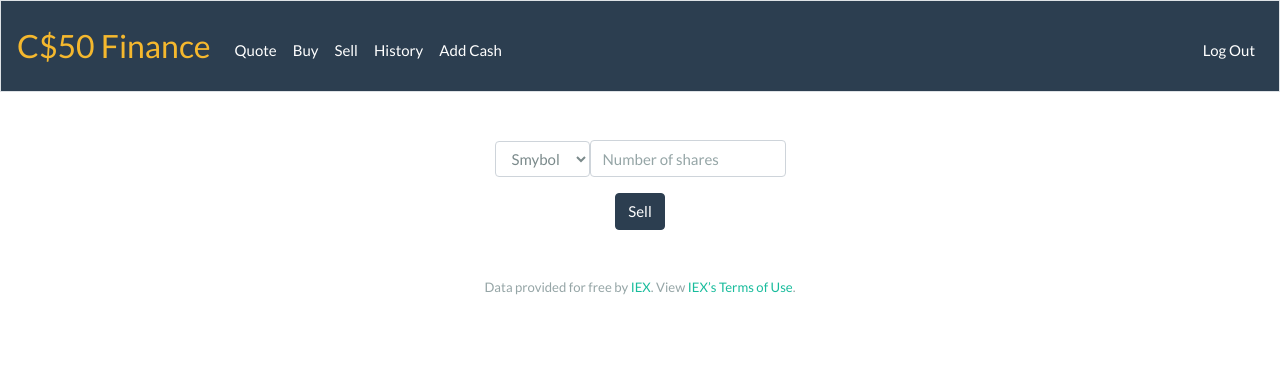
Repository: AllardQuek/CS50x
Page: http://localhost/sell
The author's editor kept a record of every edit. The page is drawn from the files as they stood at one moment, then again after the next edit.
The browser window is 1280 px wide. The pictures show the whole page.
Some web libraries are served in a nearby version. The page is served by the project's application, run on Flask 3 (finance/application.py). The session is filled in as if someone had signed in: {"user_id": 1, "logged_in": true}. The page reads the database file committed with the project.

Above is the page before.

### finance/templates/sell.html
{% extends "layout.html" %}

{% block title %}
    Sell
{% endblock %}

{% block main %}
    <form>
        <div class="form-group">
            <select class="form-control" name="symbol" required>
            <option disabled selected>Smybol</option>
            {# for symbol in purchases table #}

            {% for row in rows %}
            <option value=" {{ row['symbol'] }} "> {{ row["symbol"] }} </option>
            </select>
            {% endfor %}
        </div>


        <div class="form-group">
            <input class="form-control" name="shares" type="number" min="1" placeholder="Number of shares">
        </div>

        <button type="submit" class="btn btn-primary">Sell</button>
    </form>

{% endblock %}

### finance/templates/layout.html
<!DOCTYPE html>

<html lang="en">

    <head>

        <!-- Required meta tags -->
        <meta charset="utf-8">
        <meta name="viewport" content="width=device-width, initial-scale=1, shrink-to-fit=no">

        <!-- documentation at http://getbootstrap.com/docs/4.1/, alternative themes at https://bootswatch.com/
            <link href="https://maxcdn.bootstrapcdn.com/bootstrap/4.1.3/css/bootstrap.min.css" rel="stylesheet">
        -->

        <link href="https://stackpath.bootstrapcdn.com/bootswatch/4.2.1/flatly/bootstrap.min.css" rel="stylesheet" integrity="sha384-9dACWymWSkhCeCgbjV6xqS20Luu4ue6QnEvr+nMXpPMwIq/OB89AoRh27Flsrxzs" crossorigin="anonymous">

        <!-- https://favicon.io/emoji-favicons/money-mouth-face/ -->
        <link href="/static/favicon.ico" rel="icon">

        <link href="/static/styles.css" rel="stylesheet">

        <script src="https://code.jquery.com/jquery-3.3.1.min.js"></script>
        <script src="https://cdnjs.cloudflare.com/ajax/libs/popper.js/1.14.3/umd/popper.min.js"></script>
        <script src="https://maxcdn.bootstrapcdn.com/bootstrap/4.1.3/js/bootstrap.min.js"></script>

        <title>C$50 Finance: {% block title %}{% endblock %}</title>

    </head>

    <body>

        <nav class="navbar navbar-expand-md navbar-dark bg-primary border">
            <a class="navbar-brand" href="/"> <span class="yellow">C$50 Finance</span></a>
            <button aria-controls="navbar" aria-expanded="false" aria-label="Toggle navigation" class="navbar-toggler" data-target="#navbar" data-toggle="collapse" type="button">
                <span class="navbar-toggler-icon"></span>
            </button>
            <div class="collapse navbar-collapse" id="navbar">
                {% if session.user_id %}
                    <ul class="navbar-nav mr-auto mt-2">
                        <li class="nav-item"><a class="nav-link" href="/quote">Quote</a></li>
                        <li class="nav-item"><a class="nav-link" href="/buy">Buy</a></li>
                        <li class="nav-item"><a class="nav-link" href="/sell">Sell</a></li>
                        <li class="nav-item"><a class="nav-link" href="/history">History</a></li>
                        <li class="nav-item"><a class="nav-link" href="/add">Add Cash</a></li>
                    </ul>
                    <ul class="navbar-nav ml-auto mt-2">
                        <li class="nav-item"><a class="nav-link" href="/logout">Log Out</a></li>
                    </ul>
                {% else %}
                    <ul class="navbar-nav ml-auto mt-2">
                        <li class="nav-item"><a class="nav-link" href="/register">Register</a></li>
                        <li class="nav-item"><a class="nav-link" href="/login">Log In</a></li>
                    </ul>
                {% endif %}
            </div>
        </nav>

        {% if get_flashed_messages() %}
            <header>
                <div class="alert alert-success border text-center" role="alert">
                    {{ get_flashed_messages() | join(" ") }}
                </div>
            </header>
        {% endif %}

        <main class="container p-5">
            {% block main %}{% endblock %}
        </main>

        <footer class="small text-center text-muted">
            Data provided for free by <a href="https://iextrading.com/developer">IEX</a>. View <a href="https://iextrading.com/api-exhibit-a/">IEX’s Terms of Use</a>.
        </footer>

    </body>

</html>

### finance/application.py
import os

import datetime

from cs50 import SQL
from flask import Flask, flash, jsonify, redirect, render_template, request, session
from flask_session import Session
from tempfile import mkdtemp
from werkzeug.exceptions import default_exceptions, HTTPException, InternalServerError
from werkzeug.security import check_password_hash, generate_password_hash

from helpers import apology, login_required, lookup, usd

# Configure application
app = Flask(__name__)

# Ensure templates are auto-reloaded
app.config["TEMPLATES_AUTO_RELOAD"] = True

# Ensure responses aren't cached: https://www.codebyamir.com/blog/a-web-developers-guide-to-browser-caching
# All browsers attempt to keep local copies of static assets in an effort to reduce page load times and minimize network traffic. e.g JS, CSS
@app.after_request
def after_request(response):
    response.headers["Cache-Control"] = "no-cache, no-store, must-revalidate"
    response.headers["Expires"] = 0
    response.headers["Pragma"] = "no-cache"
    return response


# Custom filter
app.jinja_env.filters["usd"] = usd

# Configure session to use filesystem (instead of signed cookies)
app.config["SESSION_FILE_DIR"] = mkdtemp()
app.config["SESSION_PERMANENT"] = False
app.config["SESSION_TYPE"] = "filesystem"
Session(app)

# Configure CS50 Library to use SQLite database
db = SQL("sqlite:///finance.db")


@app.route("/")
@login_required
def index():
    """Show portfolio of stocks"""

    # get 1 row of each symbol, since there may be many of the same symbol in purachase table
    # get values for SYMBOL and SHARES
    try:
        rows = db.execute("SELECT symbol, SUM(shares) FROM purchases WHERE userID = :id GROUP BY symbol", id=session['user_id'])
        # print(rows)

        # get values for PRICE and TOTAL and GRANDTOTAL
        grandtotal = 0

        for row in rows:

            price = lookup(row["symbol"])["price"]
            total = price * int(row["SUM(shares)"])
            row["price"] = usd(price)
            row["total"] = usd(total)
            # maybe use round(number, ndigits) to round off to 2 decimal places ??
            # add these new key-value pairs to the dictionary row; it is easier to render the values by just passing in 1 variable called 'rows' into index.html,
            # rather than passing in 'rows', 'prices' and 'totals' as it complicates the for loop in index.html

            grandtotal = grandtotal + total

        # get value for CASH
        cashrow = db.execute("SELECT cash FROM users WHERE id = :id", id=session['user_id'])
        cash = cashrow[0]["cash"]

        grandtotal = grandtotal + cash
        # PLEASE use usd() to format ALL values displayed! check50 checks this
        return render_template("index.html", rows=rows, cash=usd(cash), grandtotal=usd(grandtotal))

    except:
        return apology("Oops, something went wrong", 400)


@app.route("/buy", methods=["GET", "POST"])
@login_required
def buy():
    """Buy shares of stock"""
    if request.method == "GET":
        return render_template("buy.html")

    elif request.method == "POST":

        # handle user's input, check50 tests for SERVER-side validification
        # use lookup() because I want to check if that symbol exists, there will be no such symbol if no result is returned form lookup()

        if not lookup(request.form.get("symbol")) or not request.form.get("shares"):
            return apology("Please fill in the blanks", 400)

        # this try solves the error: ValueError: invalid literal for int() with base 10: '1.5'
        try:
            shares = int(request.form.get("shares"))
        except:
            return apology("Invalid number of shares", 400)

        if int(request.form.get("shares")) <= 0 or not request.form.get("shares").isdigit():
            return apology("Invalid number of shares", 400)

        symbol = request.form.get("symbol")

        # lookup price
        result = lookup(symbol)
        # check if user has enough cash
        usercash = db.execute("SELECT cash FROM users WHERE id = :id", id=session['user_id'])
        # usd() changes type from float to str
        topay = shares * result["price"]
        if topay > usercash[0]["cash"]:
            return apology("Sorry, you have insufficient cash", 400)

        # SQL tables: numeric precision refers to the maximum number of digits in the number, scale refers to max no. of decimal places
        # deduct shares*price from user's cash, update users table
        db.execute("UPDATE users SET cash = cash - :topay WHERE id = :id", topay=topay, id=session['user_id'])

        # insert row into purchase table WHO bought WHAT at what PRICE and WHEN
        db.execute("INSERT INTO purchases (symbol, shares, price, total, datetime, userID) VALUES (:symbol, :shares, :price, :total, :datetime, :userID)",
                   symbol=result["symbol"], shares=shares, price=result["price"], total=topay, datetime=datetime.datetime.now(), userID=session["user_id"])
        # flash a message to user
        flash("Successfully bought!")
        return redirect("/")


@app.route("/check", methods=["GET"])
def check():
    """Return true if username available, else false, in JSON format"""
    username = request.args.get("username")
    rows = db.execute("SELECT username FROM users WHERE username = :username", username=username)

    if len(rows) > 0 or len(username) < 1:
        return jsonify(False)
    else:
        return jsonify(True)

    #  Code included inside $( document ).ready() will only run once the page Document Object Model (DOM) is ready for JavaScript code to execute


@app.route("/history")
@login_required
def history():
    """Show history of transactions"""
    try:
        rows = db.execute("SELECT * FROM purchases WHERE userID= :id ORDER BY datetime", id=session['user_id'])
        return render_template("history.html", rows=rows)

    except:
        return apology("Oh no, something broke")


@app.route("/login", methods=["GET", "POST"])
def login():
    """Log user in"""

    # Forget any user_id
    session.clear()

    # User reached route via POST (as by submitting a form via POST)
    if request.method == "POST":

        # Ensure username was submitted
        if not request.form.get("username"):
            return apology("must provide username", 403)

        # Ensure password was submitted
        elif not request.form.get("password"):
            return apology("must provide password", 403)

        # Query database for username
        rows = db.execute("SELECT * FROM users WHERE username = :username",
                          username=request.form.get("username"))

        # Ensure username exists and password is correct
        if len(rows) != 1 or not check_password_hash(rows[0]["hash"], request.form.get("password")):
            return apology("invalid username and/or password", 403)

        # Remember which user has logged in
        session["user_id"] = rows[0]["id"]

        # Redirect user to home page
        return redirect("/")

    # User reached route via GET (as by clicking a link or via redirect)
    else:
        return render_template("login.html")


@app.route("/logout")
def logout():
    """Log user out"""

    # Forget any user_id
    session.clear()

    # Redirect user to login form
    return redirect("/")


@app.route("/quote", methods=["GET", "POST"])
@login_required
def quote():
    """Get stock quote."""

    if request.method == "GET":
        return render_template("quote.html")

    elif request.method == "POST":
        # lookup symbol's correspinding price using API, then plug it into quoted template
        # lookup ( request.form ... ) and then p.["price"] should return you the action's price.
        result = lookup(request.form.get("symbol"))
        # in case lookup failed to return desired result, handle this error
        if result == None:
            return apology("Unable to quote", 400)
        return render_template("quoted.html", name=result["name"], symbol=result["symbol"], price=usd(result["price"]))


@app.route("/register", methods=["GET", "POST"])
def register():
    """Register user"""
    if request.method == "GET":
        return render_template("register.html")

    elif request.method == "POST":

        # validate submitted info, check if username is taken by trying to insert new user into users table
        # request.form.get() returns datatype STRING !
        if not request.form.get("username") or not request.form.get("password") or not request.form.get("confirmation"):
            return apology("Missing username/password!", 400)
        elif request.form.get("password") != request.form.get("confirmation"):
            return apology("Passwords do not match!", 400)

        # generate hash of user's password
        hash = generate_password_hash(request.form.get("password"))
        # insert user's data into users table
        result = db.execute("INSERT INTO users (username, hash) VALUES (:username, :hash)",
                            username=request.form.get("username"), hash=hash)
        if not result:
            return apology("Username taken!")

        # db.execute("INSERT INTO users (username, hash) VALUES (:username, :hash),
        # {"username": username, "hash": hash})

        # do user a favour, log him in by storing their id in session.get("user_id") ???
        user_id = db.execute("SELECT id FROM users WHERE username = :username", username=request.form.get("username"))
        session['user_id'] = user_id[0]["id"]
        # OR session['user_id'] = (db.execute("SELECT id FROM users WHERE username = :username", username = request.form.get("username")))[0]["id"]
        return redirect("/")
        # e.g. [{id: 1}, {id: 2}, {id: 3}] , OR use session["logged_in"] = True


@app.route("/sell", methods=["GET", "POST"])
@login_required
def sell():
    """Sell shares of stock"""
    if request.method == "GET":
        rows = db.execute("SELECT symbol FROM purchases WHERE userID = :id GROUP BY symbol", id=session['user_id'])
        # print (rows)
        return render_template("sell.html", rows=rows)

    elif request.method == "POST":

        # validate user input MUST come first!
        if not request.form.get("symbol") or not request.form.get("shares"):
            return apology("Sorry, what do you want to sell?", 400)

        symbol = request.form.get("symbol")
        shares = int(request.form.get("shares"))
        price = lookup(symbol)["price"]

        # if not enough shares to sell, shares not a postive integer
        rows = db.execute("SELECT symbol, SUM(shares) from purchases WHERE userID= :id and symbol = :symbol GROUP BY symbol",
                          id=session['user_id'], symbol=symbol)
        if shares > rows[0]["SUM(shares)"]:
            return apology("Invalid number of shares", 400)

        # update cash in users, insert new transaction in purchases table
        total = price * shares
        db.execute("UPDATE users SET cash = cash + :total WHERE id = :id", total=total, id=session['user_id'])
        db.execute("INSERT INTO purchases(userID, symbol, shares, price, total, datetime) VALUES(:id, :symbol, :shares, :price, :total, :datetime)",
                   id=session['user_id'], symbol=symbol, shares=-shares, price=price, total=-total, datetime=datetime.datetime.now())
        flash("Sold!")
        return redirect("/")


@app.route("/add", methods=["GET", "POST"])
@login_required
def add():

    if request.method == "GET":
        rows = db.execute("SELECT cash FROM users WHERE id= :id", id=session['user_id'])
        cash = rows[0]["cash"]
        return render_template("add.html", cash=cash)

    else:
        if not request.form.get("add"):
            return apology("Please add a valid amount of cash", 400)

        db.execute("UPDATE users SET cash = cash + :add WHERE id= :id", id=session['user_id'], add=float(request.form.get("add")))
        rows = db.execute("SELECT cash FROM users WHERE id= :id", id=session['user_id'])
        cash = rows[0]["cash"]

        return render_template("add.html", cash=usd(cash))


def errorhandler(e):
    """Handle error"""
    if not isinstance(e, HTTPException):
        e = InternalServerError()
    return apology(e.name, e.code)


# Listen for errors
for code in default_exceptions:
    app.errorhandler(code)(errorhandler)

### finance/helpers.py
import requests
import urllib.parse

from flask import redirect, render_template, request, session
from functools import wraps


def apology(message, code=400):
    """Render message as an apology to user."""
    def escape(s):
        """
        Escape special characters.

        https://github.com/jacebrowning/memegen#special-characters
        """
        for old, new in [("-", "--"), (" ", "-"), ("_", "__"), ("?", "~q"),
                         ("%", "~p"), ("#", "~h"), ("/", "~s"), ("\"", "''")]:
            s = s.replace(old, new)
        return s
    return render_template("apology.html", top=code, bottom=escape(message)), code


def login_required(f):
    """
    Decorate routes to require login.

    http://flask.pocoo.org/docs/1.0/patterns/viewdecorators/
    """
    @wraps(f)
    def decorated_function(*args, **kwargs):
        if session.get("user_id") is None:
            return redirect("/login")
        return f(*args, **kwargs)
    return decorated_function


def lookup(symbol):
    """Look up quote for symbol."""

    # Contact API
    try:
        response = requests.get(f"https://api.iextrading.com/1.0/stock/{urllib.parse.quote_plus(symbol)}/quote")
        response.raise_for_status()
    except requests.RequestException:
        return None

    # Parse response
    try:
        quote = response.json()
        # return a dictionary with 3 keys
        return {
            "name": quote["companyName"],
            "price": float(quote["latestPrice"]),
            "symbol": quote["symbol"]
        }
    except (KeyError, TypeError, ValueError):
        return None


def usd(value):
    """Format value as USD."""
    return f"${value:,.2f}"

### finance/finance.db (the tables this page reads, as SQL)
CREATE TABLE 'purchases' ('symbol' varchar(128) NOT NULL, 'shares' integer NOT NULL, 'price' numeric(10,2) NOT NULL,'total' numeric, 'datetime'  datetime NOT NULL  , 'userID' INTEGER, 'purchase_id'  INTEGER PRIMARY KEY NOT NULL  );
INSERT INTO "purchases" VALUES
('NFLX', 1, 355.81, 355.81, '2019-02-06 08:09:02', 2, 1),
('NFLX', 1, 355.81, 355.81, '2019-02-06 08:17:43', 2, 2),
('NFLX', 3, 355.81, 1067.43, '2019-02-06 08:19:40', 2, 3),
('NFLX', 2, 355.81, 711.62, '2019-02-06 08:20:22', 2, 4),
('NFLX', 2, 355.81, 711.62, '2019-02-06 08:23:10', 2, 5),
('WMT', 1, 96.73, 96.73, '2019-02-08 09:36:45', 2, 6),
('WMT', 2, 96.73, 193.46, '2019-02-08 09:36:53', 2, 7),
('NFLX', -3, 344.71, -1034.13, '2019-02-08 12:28:35', 2, 8),
('AAPL', 1, 170.94, 170.94, '2019-02-08 13:03:49', 2, 9),
('NFLX', -1, 342.27, -342.27, '2019-02-08 14:42:03', 2, 10),
('NFLX', 1, 347.57, 347.57, '2019-02-10 08:48:24', 2, 11),
('INR', 1, 40.31, 40.31, '2019-02-10 09:11:47', 2, 12),
('AAC', 1, 2.8, 2.8, '2019-02-10 09:20:01', 2, 13),
('NFLX', -1, 347.57, -347.57, '2019-02-10 09:46:00', 2, 14),
('NFLX', 1, 347.57, 347.57, '2019-02-10 09:49:03', 2, 15),
('NFLX', -1, 347.57, -347.57, '2019-02-10 09:51:38', 2, 16),
('NFLX', -1, 347.57, -347.57, '2019-02-10 09:52:03', 2, 17),
('NFLX', 1, 347.57, 347.57, '2019-02-10 09:53:50', 2, 18),
('NFLX', 1, 347.57, 347.57, '2019-02-10 09:54:53', 2, 19),
('NFLX', -1, 347.57, -347.57, '2019-02-10 10:03:49', 2, 20),
('MSFT', 2, 106.9, 213.8, '2019-02-15 07:04:28', 6, 21),
('MSFT', 1, 114.59, 114.59, '2019-03-15 06:36:50', 2, 22);

Loaded but not shown: finance/static/styles.css (common file)

After the next edit:
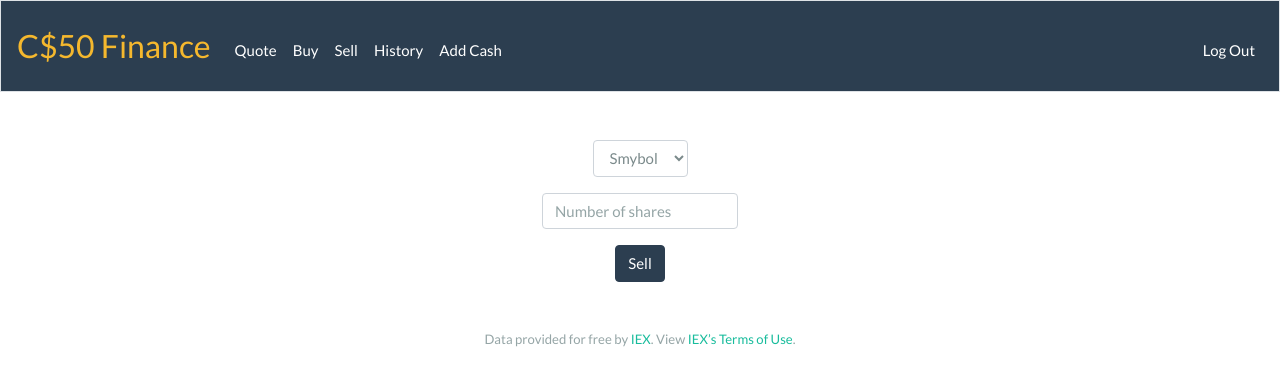
The edit:
--- a/finance/templates/sell.html
+++ b/finance/templates/sell.html
@@ -13,8 +13,9 @@
 
             {% for row in rows %}
             <option value=" {{ row['symbol'] }} "> {{ row["symbol"] }} </option>
+            {% endfor %}
             </select>
-            {% endfor %}
+
         </div>
 
 
